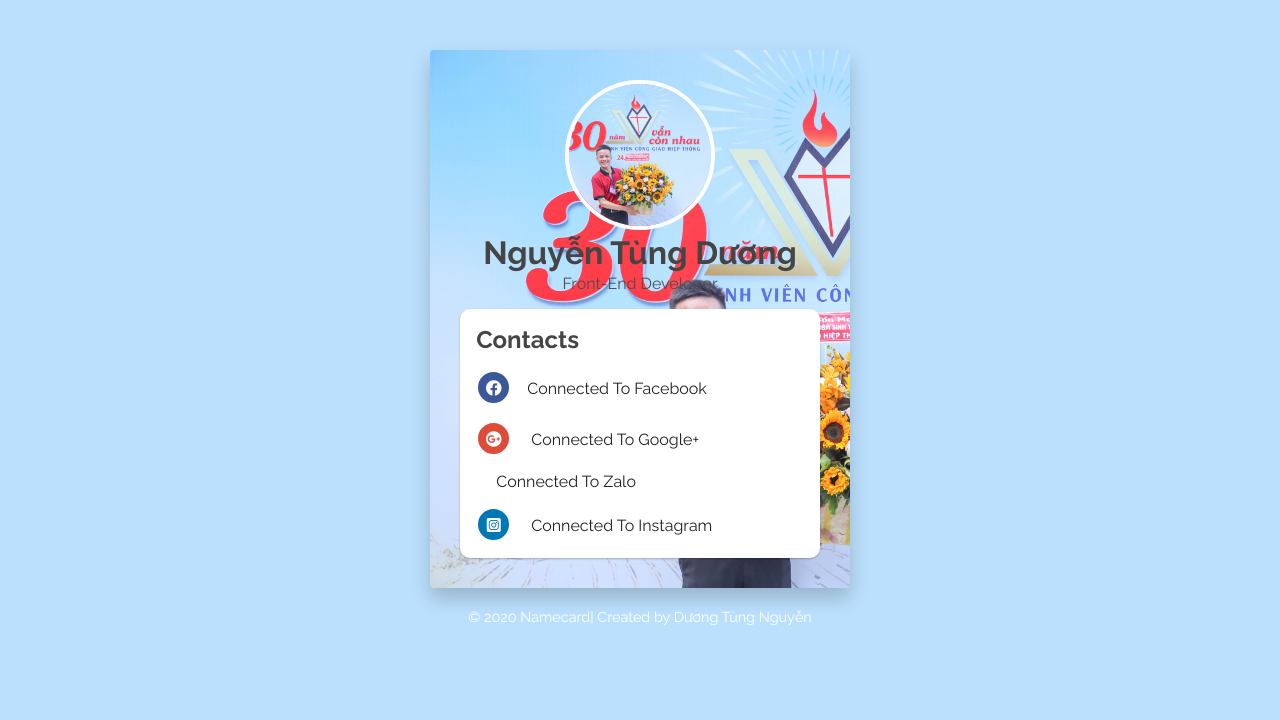
Repository: DuongTungNguyen0899/Card_Duong.github.io
Page: index.html
These files come from the project's save history. The page is drawn as it stood at one moment and after the next save; the edit follows.
The browser window is 1280 px wide. The pictures show the whole page.

Above is the page before, as saved 2021-06-27 17:35:03.

### index.html
<!DOCTYPE HTML>
<html>
<head>
<title>Shaded Profile Widget Flat Responsive Widget Template :: w3layouts</title>
<!-- Custom Theme files -->
<link href="css/style.css" rel="stylesheet" type="text/css" media="all"/>
<!-- for-mobile-apps -->
<meta http-equiv="Content-Type" content="text/html; charset=utf-8" />
<meta name="viewport" content="width=device-width, initial-scale=1, maximum-scale=1">
<meta http-equiv="Content-Type" content="text/html; charset=utf-8" />
<!-- //for-mobile-apps -->
<!-- font-awesome icons -->
<link href="css/fontawesome-free-5.15.3-web/css/fontawesome.css" rel="stylesheet">
<link rel="stylesheet" href="css/fontawesome-free-5.15.3-web/css/all.min.css">
<!-- //font-awesome icons -->
<!--Google Fonts-->
<link href="https://fonts.googleapis.com/css2?family=Raleway:wght@400;500;600;700&display=swap" rel="stylesheet">
</head>
<body>
<!--profile start here-->

<div class="profile">
	<div class="wrap">
		<div class="profile-main">
			<div class="profile-pic wthree">
				<img src="img/IMG_7157.JPG" alt="">
				<h2>Nguyễn Tùng Dương</h2>
				<p>Front-End Developer</p>
			</div>
			<!-- <div class="w3-message">
				<h5>About Me</h5>
				<p>Chào bạn ! Chúng mình là ADC Studio.Liên hệ cho chúng mình nhé ^_^</p>
			</div> -->
			<div class="w3ls-touch">
				<h5>Contacts</h5>
				<div class="social">
					<ul>
						<li><a href="https://www.facebook.com/DuongTung.td/"> <i class="fab fa-facebook" aria-hidden="true"></i><p>Connected To Facebook</p></a></li>
						<!-- <li><a href="#"><i class="fa fa-twitter" aria-hidden="true"></i> <p>Connected To Twitter</p></a></li> -->
						<!-- <li><a href="#"><i class="fa fa-linkedin" aria-hidden="true"></i> <p>Connected To Linkedin</p></a></li> -->
                        <li><a href="#"><i class="fab fa-google-plus" aria-hidden="true"></i> <p>Connected To Google+</p></a></li>
                        <li><a href="#"><i class="fab fa-zalo" aria-hidden="true"></i> <p>Connected To Zalo</p></a></li>
                        <li><a href="https://www.instagram.com/aaachuuchaa/"><i class="fab fa-instagram-square"></i> <p>Connected To Instagram</p></a></li>
					</ul>
				</div>
			</div>
		</div>
		<div class="wthree_footer_copy">
			<p>© 2020 Namecard| Created by <a href="#">Dương Tùng Nguyễn</a></p>
		</div>
	</div>
</div>
<!--profile end here-->

</body>
</html>

### css/style.css
*,
*::before,
*::after {
	margin: 0;
	padding: 0;
	box-sizing: border-box;
}

html {

}


ul{list-style:none;}
a {text-decoration: none;}
img {
	width:150px;
	height:150px;
}
/*end reset*/
body{
	padding: 30px;
    background: #bbe0fd;
    background-size: cover;
   font-family: 'Raleway', sans-serif;
}
.wrap {
    width: 80%;
    margin: 0 auto;
}
/*--profile start here--*/
.heading-1 {
	font-size: 35px;
	font-weight: 400;
	letter-spacing: 1.2;
}
h1 {
    font-size: 3em;
    color: #fff;
    text-align: center;
}
.profile-main {
    background: url(./img/IMG_7157.JPG) no-repeat 0px 0px;
	background-size:cover;
    width: 45%;
    margin: 20px auto;
    padding: 30px;
    border-radius: 4px;
    box-shadow: 0 10px 20px rgba(0,0,0,.2);
}
.profile-pic {
    margin: 0 0 1em 0;
    text-align: center;
}
.profile-pic img {
    border:4px solid #fff;
	border-radius: 82px;
	object-fit: cover;
	    transition: 0.5s all;
    -webkit-transition: 0.5s all;
    -moz-transition: 0.5s all;
    -o-transition: 0.5s all;
}
.profile-pic h2 {
    font-size: 2em;
    color: #474544;
    margin-bottom: 0.1em;
}
.profile-pic p {
    font-size: 1em;
    color:#4E4E4E;
}
.wthree_tab_grid_sub {
    margin: 1em 0 0 0;
}
.wthree_tab_grid_sub_left {
	float: left;
    width: 26.2%;
    padding: .5em;
    text-align: center;
    background: #d3aefe;
}
.wthree_tab_grid_sub_left h5 {
    font-size: 1.5em !important;
    color: #fff !important;
    font-weight: 700;
}
.wthree_tab_grid_sub_left p {
	color: #fff !important;
    font-size: .9em !important;
    margin: 0 !important;
}
.wthree_tab_grid_sub_left:nth-child(2) {
    margin: 0 1em;
}
.w3-message,.w3ls-touch{
    padding: 1em;
    box-shadow: 0 0px 1px rgba(197, 197, 197, 0.19),0 1px 2px rgba(0, 0, 0, 0.24);
    background: #fff;
}
.w3-message h5,.w3ls-touch h5{
	color:#474544;
	font-size:1.5em;
	margin:0;
}
.w3-message p{
	color:#c5b7b7;
	font-size:16px;
	margin:1em 0 0 0;
	line-height:1.8em;
}
.w3ls-touch{
	margin:1em 0 0 0;
	border-radius: 10px;
}
.social {
	margin: 1em 0 0 0;
}
.social ul{
	padding:0;
	margin:0;
}
.social ul li{
    display: block;
	margin:1em 0 0 0;
}
.social ul li:nth-child(1){
	margin:0;
}
.social ul li a {
	color: #333;
    text-align: center;
}
.social ul li a i.fab.fa-facebook,.social ul li a i.fab.fa-twitter,.social ul li a i.fab.fa-instagram-square,.social ul li a i.fab.fa-google-plus{
    height: 35px;
    width: 35px;
    background: none;
    line-height: 32px;
    border: solid 2px #FFF;
    color: #FFF;
    border-radius: 50%;
    -webkit-border-radius: 50%;
    -moz-border-radius: 50%;
    -o-border-radius: 50%;
    -ms-border-radius: 50%;
    transition: 0.5s all;
    -webkit-transition: 0.5s all;
    -moz-transition: 0.5s all;
    -o-transition: 0.5s all;
    -ms-transition: 0.5s all;
}
.social ul li a i.fab.fa-facebook {
	background: #3b5998;
}
.social ul li a i.fab.fa-twitter{
	background: #1da1f2;
}
.social ul li a i.fab.fa-instagram-square{
	background: #0077b5;
}
.social ul li a i.fab.fa-google-plus{
	background: #dd4b39;
}
.social ul li a i.fab.fa-facebook:hover {
	border: solid 2px #3b5998;
    color: #3b5998;
	background:none;
}
.social ul li a i.fab.fa-twitter:hover{
	border: solid 2px #1da1f2;
    color: #1da1f2;
	background:none;
}
.social ul li a i.fab.fa-instagram-square:hover{
	border: solid 2px #0077b5;
    color: #0077b5;
	background:none;
}
.social ul li a i.fab.fa-google-plus:hover{
	border: solid 2px #dd4b39;
    color: #dd4b39;
	background:none;
}
.social ul li a p{
    color: #212121;
    font-size: 16px;
    margin: 0 0 0 1em;
    font-weight: 400;
    display: inline-block;
}
.wthree_footer_copy{
	text-align:center;
}
.wthree_footer_copy p{
	color:#FFFFFF;
	font-size:.9em;
	margin:0;
}
.wthree_footer_copy p a{
	color:#FFFFFF;
	text-decoration:none;
}
.wthree_footer_copy p a:hover{
	color:#212121;
}
/*-- responsive --*/
@media(max-width:1440px){
	.wthree_tab_grid_sub_left {
		width: 25.2%;
	}
}
@media(max-width:1280px){
	.profile-main {
		width: 43%;
	}
}
@media(max-width:1080px){
	body {
		padding: 10px;
	}
	.wrap {
		width: 100%;
	}
	.profile-main {
		width: 100%;
	}
}

@media(max-width:600px){
	.profile-main {
		background: url(./img/IMG_7157.JPG) no-repeat -100px 0px;
		background-size: cover;
	}
	.social ul li a p {
		font-size: 13px;
	}
}


@media(max-width:320px){
	h1 {
		font-size: 1.5em;
	}
	.wthree_tab_grid_sub_left {
		width: 21.5%;
	}
	.wthree_tab_grid_sub_left p {
		font-size: .8em !important;
	}
	.profile-main {
		background: url(./img/IMG_7157.JPG) no-repeat -173px 0px;
		background-size: cover;
	}
}
/*-- //responsive --*/

.fa-facebook:before {
    content: "\f09a";
}

Loaded but not shown: css/fontawesome-free-5.15.3-web/css/fontawesome.css (library); css/fontawesome-free-5.15.3-web/css/all.min.css (library)

After the next save:
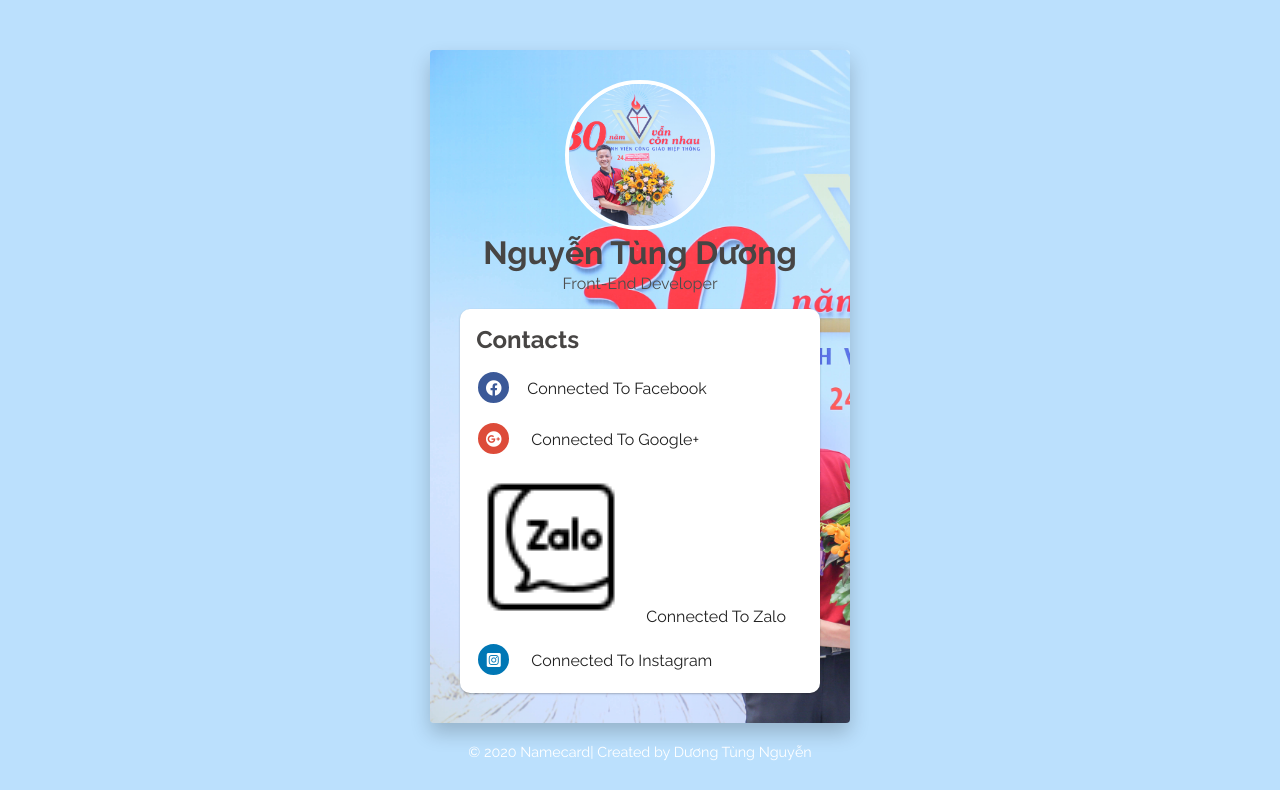
Saved 2 min 27 s later.
--- a/index.html
+++ b/index.html
@@ -39,7 +39,7 @@
 						<!-- <li><a href="#"><i class="fa fa-twitter" aria-hidden="true"></i> <p>Connected To Twitter</p></a></li> -->
 						<!-- <li><a href="#"><i class="fa fa-linkedin" aria-hidden="true"></i> <p>Connected To Linkedin</p></a></li> -->
                         <li><a href="#"><i class="fab fa-google-plus" aria-hidden="true"></i> <p>Connected To Google+</p></a></li>
-                        <li><a href="#"><i class="fab fa-zalo" aria-hidden="true"></i> <p>Connected To Zalo</p></a></li>
+                        <li><a href="#"> <img src="/img/icons8-zalo-50.png" alt=""> <p>Connected To Zalo</p></a></li>
                         <li><a href="https://www.instagram.com/aaachuuchaa/"><i class="fab fa-instagram-square"></i> <p>Connected To Instagram</p></a></li>
 					</ul>
 				</div>
